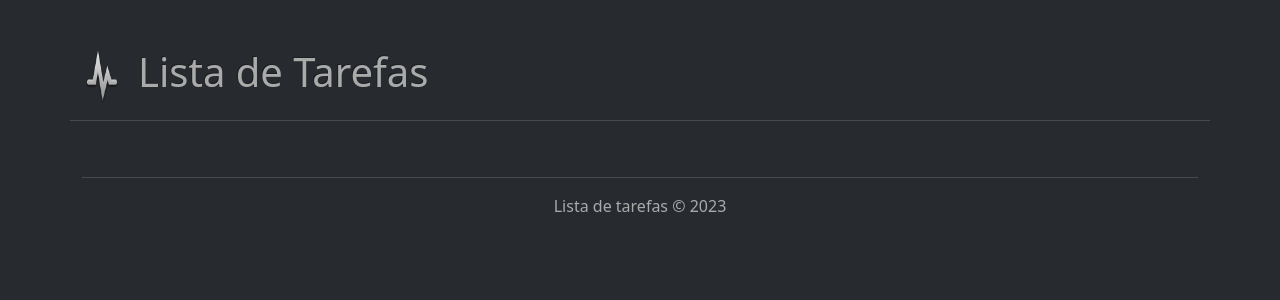
Repository: cargugati/lista_tarefas
Page: frontEnd/new_task.html
The author's editor kept a copy of each file at every save. The page is drawn from the files as they stood at one save, then again after the next save.
The browser window is 1280 px wide. The pictures show the whole page.

Above is the page before, as saved 2023-03-30 10:20:24.

After the next save:
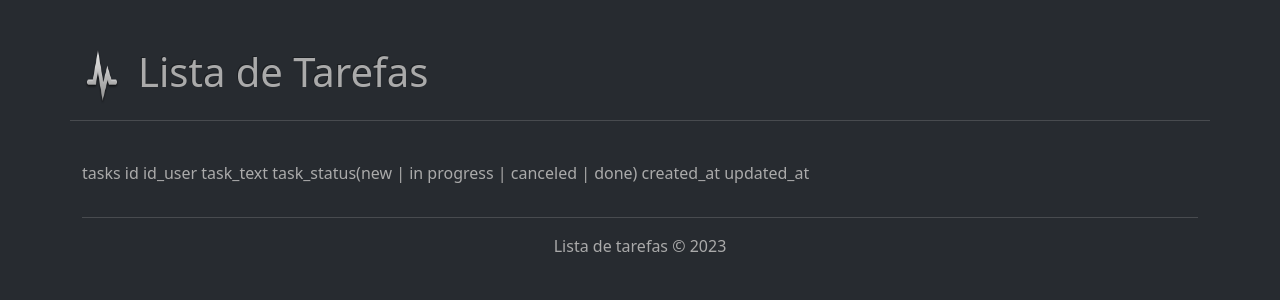
Saved 2 min 6 s later.
--- a/frontEnd/new_task.html
+++ b/frontEnd/new_task.html
@@ -28,7 +28,13 @@
     </div>
 
     <!-- espaço para criar nova tarefa -->
-
+    tasks
+    id
+    id_user
+    task_text
+    task_status(new | in progress | canceled | done)
+    created_at
+    updated_at
 
 
 
